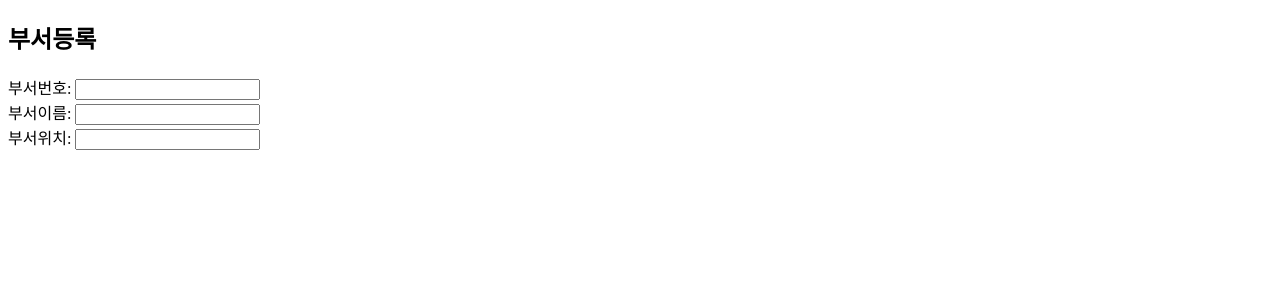
Repository: Jin0207/spring
Page: http://localhost/day0119_deptTest/insertDept.jsp
The author's editor kept a copy of each file at every save. The page is drawn from the files as they stood at one save, then again after the next save.
The browser window is 1280 px wide. The pictures show the whole page.
The page is served by Tomcat 9. Other server files are loaded and not shown.

Above is the page before, as saved 2022-01-19 05:25:37.

### day0119_deptTest/src/main/webapp/insertDept.jsp
<%@ page language="java" contentType="text/html; charset=UTF-8"
    pageEncoding="UTF-8"%>
<!DOCTYPE html>
<html>
<head>
<meta charset="UTF-8">
<title>Insert title here</title>
</head>
<body>
	<h2>부서등록</h2>
	<form action="insertDept.do" method="post">
		부서번호: <input type="text" name="dno"><br>
		부서이름: <input type="text" name="dno"><br>
		부서위치: <input type="text" name="dno"><br>
	</form>
</body>
</html>

After the next save:
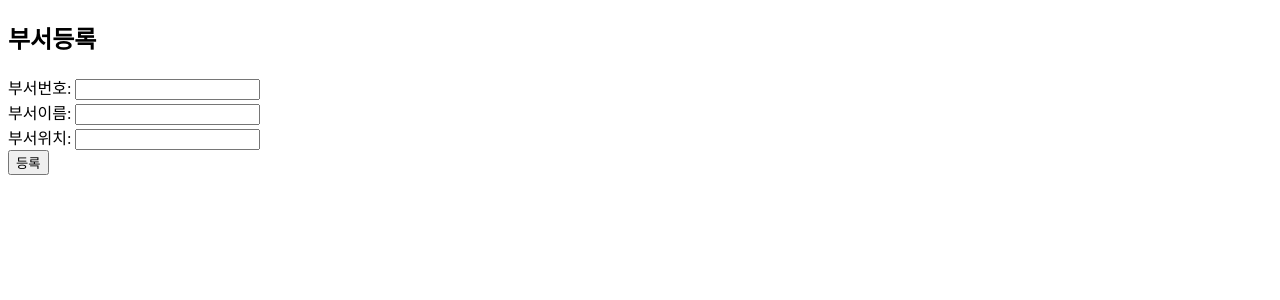
Saved 19 s later.
--- a/day0119_deptTest/src/main/webapp/insertDept.jsp
+++ b/day0119_deptTest/src/main/webapp/insertDept.jsp
@@ -10,8 +10,9 @@
 	<h2>부서등록</h2>
 	<form action="insertDept.do" method="post">
 		부서번호: <input type="text" name="dno"><br>
-		부서이름: <input type="text" name="dno"><br>
-		부서위치: <input type="text" name="dno"><br>
+		부서이름: <input type="text" name="dname"><br>
+		부서위치: <input type="text" name="dloc"><br>
+		<input type="submit" value="등록">
 	</form>
 </body>
 </html>
